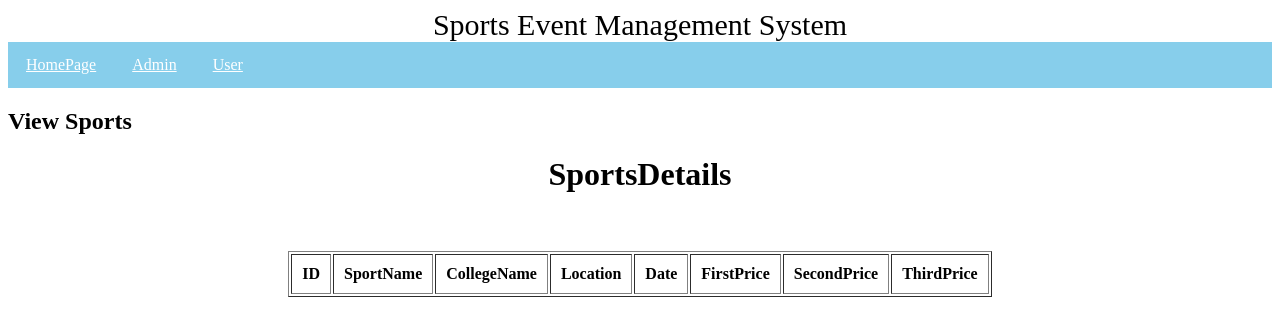
Repository: svrm1014/sportseventmanagement
Page: http://localhost/sportsmanagement/WEB-INF/views/user.jsp
The author's editor kept a copy of each file at every save. The page is drawn from the files as they stood at one save, then again after the next save.
The browser window is 1280 px wide. The pictures show the whole page.
The page is served by Tomcat 9. Nobody is signed in. Other server files are loaded and not shown. The template is opened directly, without the code that normally fills it, so the values that code supplies are empty.

Above is the page before, as saved 2021-05-10 21:32:09.

### sportsmanagement/src/main/webapp/WEB-INF/views/user.jsp
<%@ page language="java" contentType="text/html; charset=ISO-8859-1"
    pageEncoding="ISO-8859-1"%>
    <%@ taglib uri="http://java.sun.com/jsp/jstl/core" prefix="c" %>
<!DOCTYPE html PUBLIC "-//W3C//DTD HTML 4.01 Transitional//EN" "http://www.w3.org/TR/html4/loose.dtd">
<html>
<head>
<style type="text/css">
.title {
	text-align: center;
	font-size: 30px;
}

ul {
	list-style-type: none;
	margin: 0px;
	padding: 0px;
	background-color: skyblue;
	overflow: hidden;
}

li {
	float: left;
}

li a {
	display: block;
	padding: 14px 18px;
	color: white;
}
</style>
<meta http-equiv="Content-Type" content="text/html; charset=ISO-8859-1">
<title>Sports Event Management</title>
</head>
<body>
<div class="title">Sports Event Management System</div>
	<div class="menu">
		<ul>
			<li><a href="/adminviewpage">HomePage</a></li>
			<li><a href="/admin">Admin</a></li>
			<li><a href="/user">User</a></li>


		</ul>
	</div>
	<div align="left">
		<h2>View Sports</h2>

	</div>
	<div align="center">
    <h1>SportsDetails</h1>
    <br/><br/>
    <table border="1" cellpadding="10">
        <thead>
            <tr>
                <th>ID</th>
                <th>SportName</th>
                <th>CollegeName</th>
                <th>Location</th>
                <th>Date</th>
                <th>FirstPrice</th>
                <th>SecondPrice</th>
                <th>ThirdPrice</th>

            </tr>
        </thead>
        <tbody>
         <c:forEach var="addsportsdetails" items="${viewsportsKey}">
                <tr>
                    <td><c:out value="${addsportsdetails.id}" /></td>
                    <td><c:out value="${addsportsdetails.sportname}" /></td>
                    <td><c:out value="${addsportsdetails.collegename}" /></td>
                    <td><c:out value="${addsportsdetails.location}" /></td>
                    <td><c:out value="${addsportsdetails.date}" /></td>
                    <td><c:out value="${addsportsdetails.firstprice}" /></td>
                    <td><c:out value="${addsportsdetails.secondprice}" /></td>
                    <td><c:out value="${addsportsdetails.thirdprice}" /></td>

                </tr>
            </c:forEach>
        </tbody>
    </table>
</div>


</body>
</html>

After the next save:
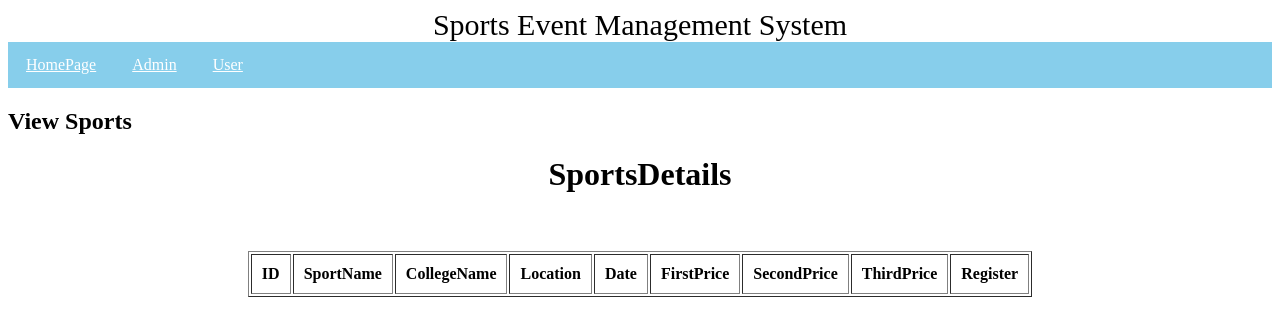
Saved 5 min 38 s later.
--- a/sportsmanagement/src/main/webapp/WEB-INF/views/user.jsp
+++ b/sportsmanagement/src/main/webapp/WEB-INF/views/user.jsp
@@ -60,6 +60,7 @@ li a {
                 <th>FirstPrice</th>
                 <th>SecondPrice</th>
                 <th>ThirdPrice</th>
+                <th>Register</th>
 
             </tr>
         </thead>
@@ -74,7 +75,7 @@ li a {
                     <td><c:out value="${addsportsdetails.firstprice}" /></td>
                     <td><c:out value="${addsportsdetails.secondprice}" /></td>
                     <td><c:out value="${addsportsdetails.thirdprice}" /></td>
-
+                    <td><a href="/register">Register</a></td>
                 </tr>
             </c:forEach>
         </tbody>
